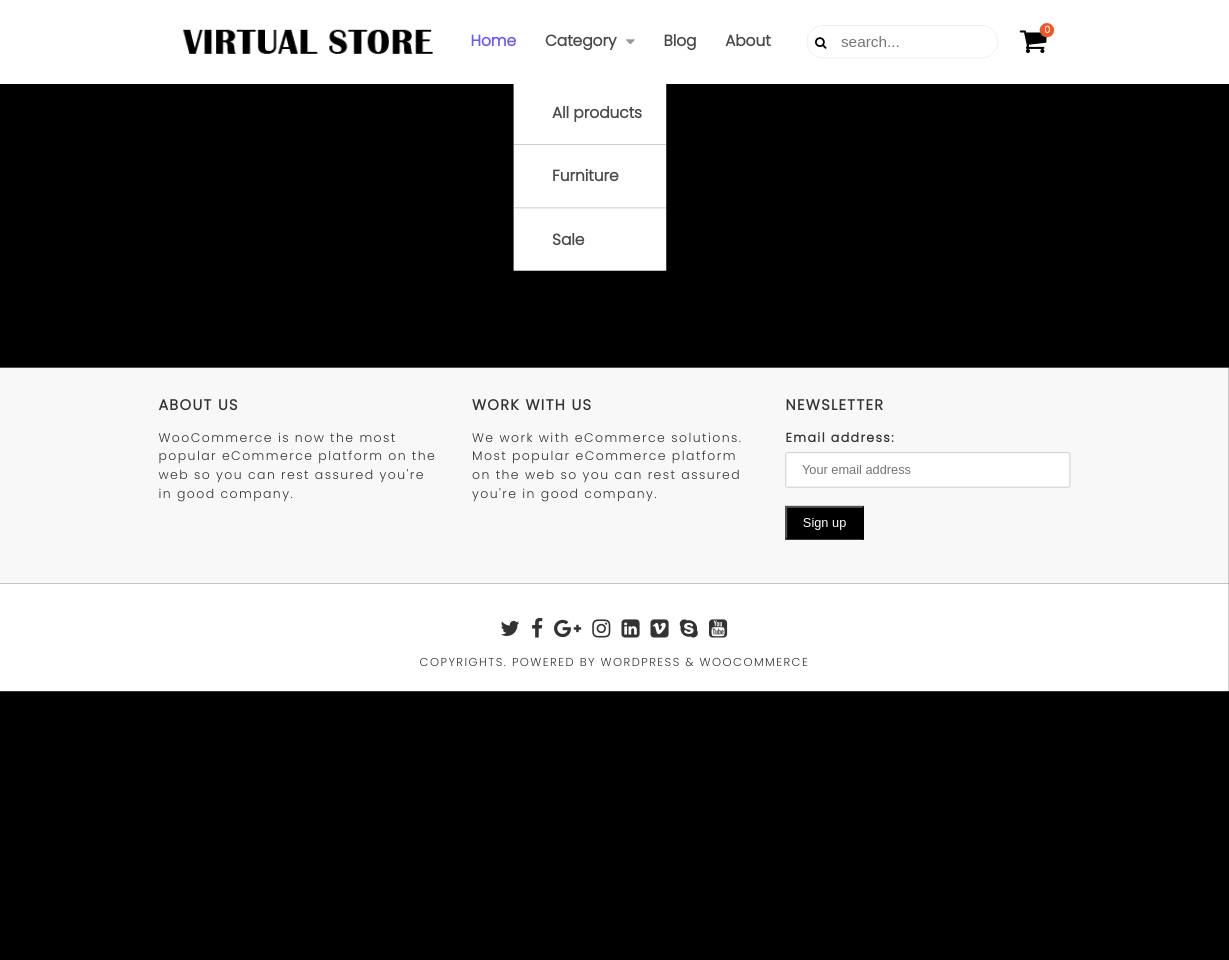
Repository: dungle03/tke_web_nhom_15
Page: index.html
These files come from the project's save history. The page is drawn as it stood at one moment and after the next save; the edit follows.
The browser window is 1280 px wide. The pictures show the whole page, at 96% of full size.
The pointer rests on the first visible `.dropdow-item`.

Above is the page before, as saved 2022-09-13 23:55:39.
Not found: resest.css

After the next save:
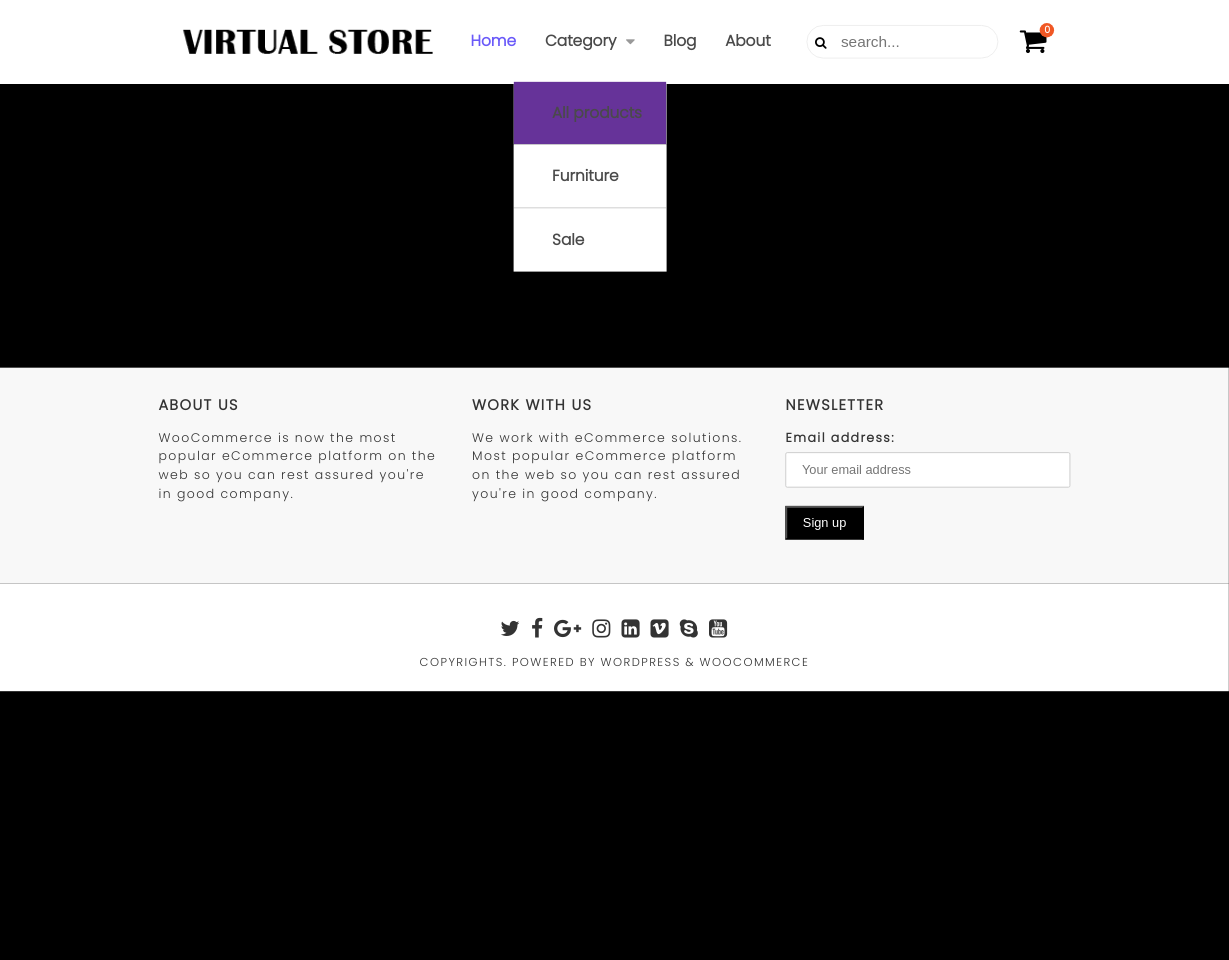
Saved 13 s later.
--- a/CSS/header.css
+++ b/CSS/header.css
@@ -154,7 +154,7 @@ html {
   border-bottom: 1px solid #ccc;
   /* color: red; */
 }
-.dropdow-item:hover li{
+.dropdow-item:hover {
   background-color: rebeccapurple;
 }
 
